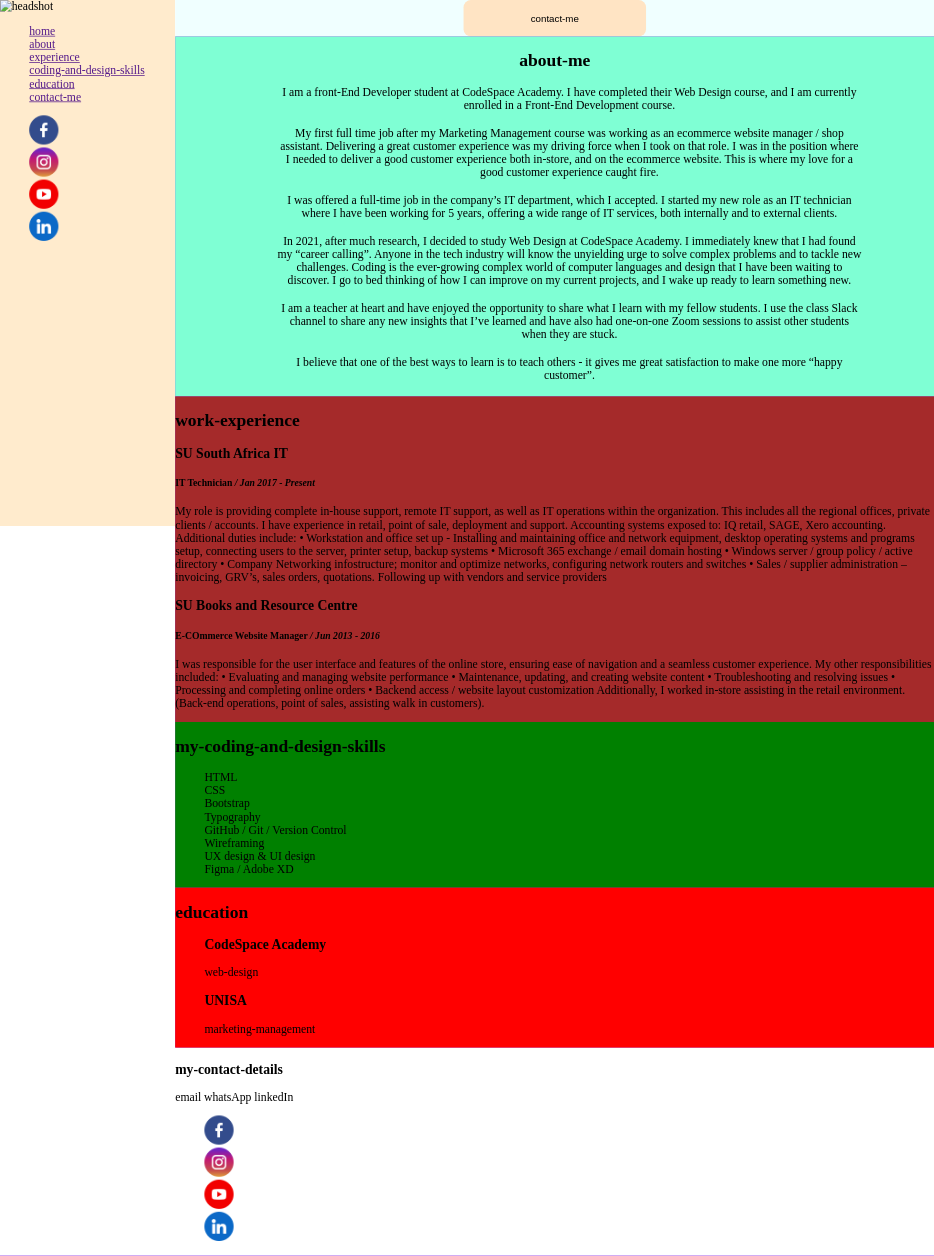
Repository: WesleyErasmus/MyDigitalResume-5
Page: index.html
These files come from the project's save history. The page is drawn as it stood at one moment and after the next save; the edit follows.
The browser window is 1280 px wide. The pictures show the whole page, at 73% of full size.

Above is the page before, as saved 2022-02-25 16:43:30.

### index.html
<!DOCTYPE html>
<html lang="en">

<head>
    <meta charset="UTF-8">
    <meta http-equiv="X-UA-Compatible" content="IE=edge">
    <meta name="viewport" content="width=device-width, initial-scale=1.0">
    <title>Wesley Erasmus Digital Resume 5</title>
    <link rel="stylesheet" href="stylesheet.css">
</head>

<body>
    <!-- look into using use hr tag -->
    <header>
        <span>
            <button id="contact-me-btn">contact-me</button>
        </span>
    </header>
    <nav>
        <img src="" alt="headshot">
        <ul class="nav-btns">
            <li><a href="">home</a></li>
            <li><a href="">about</a></li>
            <li><a href="">experience</a></li>
            <li><a href="">coding-and-design-skills</a></li>
            <li><a href="">education</a></li>
            <li><a href="">contact-me</a></li>
        </ul>
        <ul class="social-media-links">
            <li><a href="https://www.facebook.com/codespaceza" target="_blank"><img src="/icons/facebook.png"
                        alt="Facebook" width="40px" height="40px"></a></li>
            <li><a href="https://www.instagram.com/codespaceza/" target="_blank"><img src="icons/instagram.png"
                        alt="Instagram" width="40px" height="40px"></a></li>
            <li><a href="https://www.youtube.com/channel/UCfmXJliguiwBv2QlRzWdrxA" target="_blank"><img
                        src="icons/youtube.png" alt="YouTube" width="40px" height="40px"></a></li>
            <li><a href="https://www.linkedin.com/school/codespaceza/" target="_blank"><img src="icons/linkedin.png"
                        alt="LinkedIn" width="40px" height="40px"></a></li>
        </ul>
    </nav>
    <main>
        <article class="about-me">
            <h1>about-me</h1>
            <p>
                <ul>
                    <li>I am a front-End Developer student at CodeSpace Academy. I have completed their Web Design course, and I am currently enrolled in a Front-End Development course.</li>
                    <li>My first full time job after my Marketing Management course was working as an ecommerce website manager / shop assistant. Delivering a great customer experience was my driving force when I took on that role. I was in the position where I needed to deliver a good customer experience both in-store, and on the ecommerce website. This is where my love for a good customer experience caught fire.</li>
                    <li>I was offered a full-time job in the company’s IT department, which I accepted. I started my new role as an IT technician where I have been working for 5 years, offering a wide range of IT services, both internally and to external clients.</li>
                    <li>In 2021, after much research, I decided to study Web Design at CodeSpace Academy. I immediately knew that I had found my “career calling”. Anyone in the tech industry will know the unyielding urge to solve complex problems and to tackle new challenges. Coding is the ever-growing complex world of computer languages and design that I have been waiting to discover. I go to bed thinking of how I can improve on my current projects, and I wake up ready to learn something new. </li>
                    <li> I am a teacher at heart and have enjoyed the opportunity to share what I learn with my fellow students. I use the class Slack channel to share any new insights that I’ve learned and have also had one-on-one Zoom sessions to assist other students when they are stuck.
                    </li>
                    <li>I believe that one of the best ways to learn is to teach others - it gives me great satisfaction to make one more “happy customer”.</li>
                </ul>









                </p>
        </article>
        <article class="job-experience">
            <h1>work-experience</h1>
            <h3>SU South Africa IT</h3>
            <h5>IT Technician <em>/ Jan 2017 - Present</em></h5>
            <p>My role is providing complete in-house support, remote IT support, as well as IT operations within the
                organization. This includes all the regional offices, private clients / accounts. I have experience in
                retail, point of sale, deployment and support. Accounting systems exposed to: IQ retail, SAGE, Xero
                accounting. Additional duties include:
                • Workstation and office set up - Installing and maintaining office and network equipment, desktop
                operating systems and programs setup, connecting users to the server, printer setup, backup systems
                • Microsoft 365 exchange / email domain hosting
                • Windows server / group policy / active directory
                • Company Networking infostructure; monitor and optimize networks, configuring network routers and
                switches
                • Sales / supplier administration – invoicing, GRV’s, sales orders, quotations. Following up with
                vendors and service providers</p>
            <h3>SU Books and Resource Centre</h3>
            <h5>E-COmmerce Website Manager <em>/ Jun 2013 - 2016</em></h5>
            <p>I was responsible for the user interface and features of the online store, ensuring ease of navigation and a seamless customer experience. My other responsibilities included:
                • Evaluating and managing website performance
                • Maintenance, updating, and creating website content
                • Troubleshooting and resolving issues
                • Processing and completing online orders
                • Backend access / website layout customization
                Additionally, I worked in-store assisting in the retail environment. (Back-end operations, point of sales, assisting walk in customers).</p>

        </article>
        <article class="coding-and-design-skills">
            <h1>my-coding-and-design-skills</h1>
            <ul>
                <li>HTML</li>
                <li>CSS</li>
                <li>Bootstrap</li>
                <li>Typography</li>
                <li>GitHub / Git / Version Control</li>
                <li>Wireframing</li>
                <li>UX design & UI design</li>
                <li>Figma / Adobe XD</li>
            </ul>
        </article>
        <article class="education">
            <h1>education</h1>
            <ul>
                <li><h3>CodeSpace Academy</h3><p>web-design</p></li>
                <li><h3>UNISA</h3><p>marketing-management</p></li>
            </ul>
        </article>
    </main>
    <footer>
        <h3>my-contact-details</h3>
        <div class="footer-contact-details">email</div>
        <div class="footer-contact-details">whatsApp</div>
        <div class="footer-contact-details">linkedIn</div>



        <ul class="social-media-links">
            <li><a href="https://www.facebook.com/codespaceza" target="_blank"><img src="/icons/facebook.png"
                        alt="Facebook" width="40px" height="40px"></a></li>
            <li><a href="https://www.instagram.com/codespaceza/" target="_blank"><img src="icons/instagram.png"
                        alt="Instagram" width="40px" height="40px"></a></li>
            <li><a href="https://www.youtube.com/channel/UCfmXJliguiwBv2QlRzWdrxA" target="_blank"><img
                        src="icons/youtube.png" alt="YouTube" width="40px" height="40px"></a></li>
            <li><a href="https://www.linkedin.com/school/codespaceza/" target="_blank"><img src="icons/linkedin.png"
                        alt="LinkedIn" width="40px" height="40px"></a></li>
        </ul>
    </footer>

</body>

</html>

### stylesheet.css
* {
    box-sizing: border-box;
    list-style-type: none;
}
body {
    margin: 0 0 0 240px;
    padding: 0;
}
header {
    background-color: azure;
    text-align: center;
}
button#contact-me-btn {
    background-color: bisque;
    width: 250px;
    height: 50px;
    border-radius: 10px;
    border: none;
}
nav {
    background-color: blanchedalmond;
    float: left;
    position: fixed;
    left: 0;
    overflow-y: auto;
    overflow-x: hidden;
    height: 100vh;
    min-height: 100vh;
    top: 0;
    width: 240px;
    z-index: 1;
}
main {
    background-color: blueviolet;
    position: relative;
    display: block;
    width: 100%;
}
article.about-me {
    background-color: aquamarine;
    overflow-x: hidden;
    text-align: center;
    /* Will need to use the two above stylings for other elements in main container  */
}
.about-me li{
    margin: 20px 0 20px 0;
    padding: 0 100px 0 100px;
    /* text-align: center; */
}
article.job-experience {
    background-color:brown;
    overflow-x: hidden;
}
article.coding-and-design-skills{
    background-color:green;
    overflow-x: hidden;
}
article.education {
    background-color:red;
    overflow-x: hidden;
}
.footer-contact-details {
    display: inline;
}

After the next save:
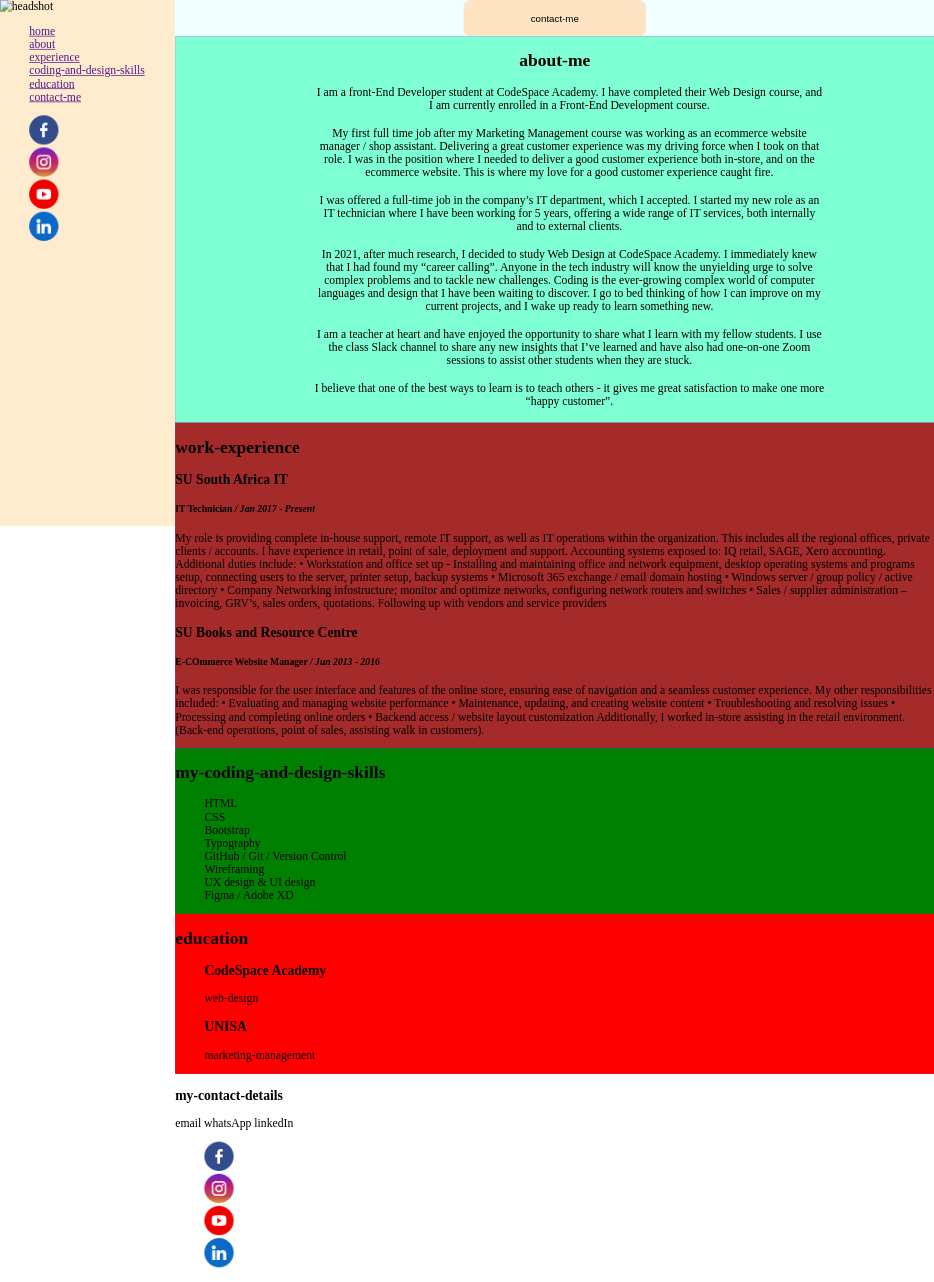
Saved 8 s later.
--- a/stylesheet.css
+++ b/stylesheet.css
@@ -44,7 +44,7 @@ article.about-me {
 }
 .about-me li{
     margin: 20px 0 20px 0;
-    padding: 0 100px 0 100px;
+    padding: 0 150px 0 150px;
     /* text-align: center; */
 }
 article.job-experience {
